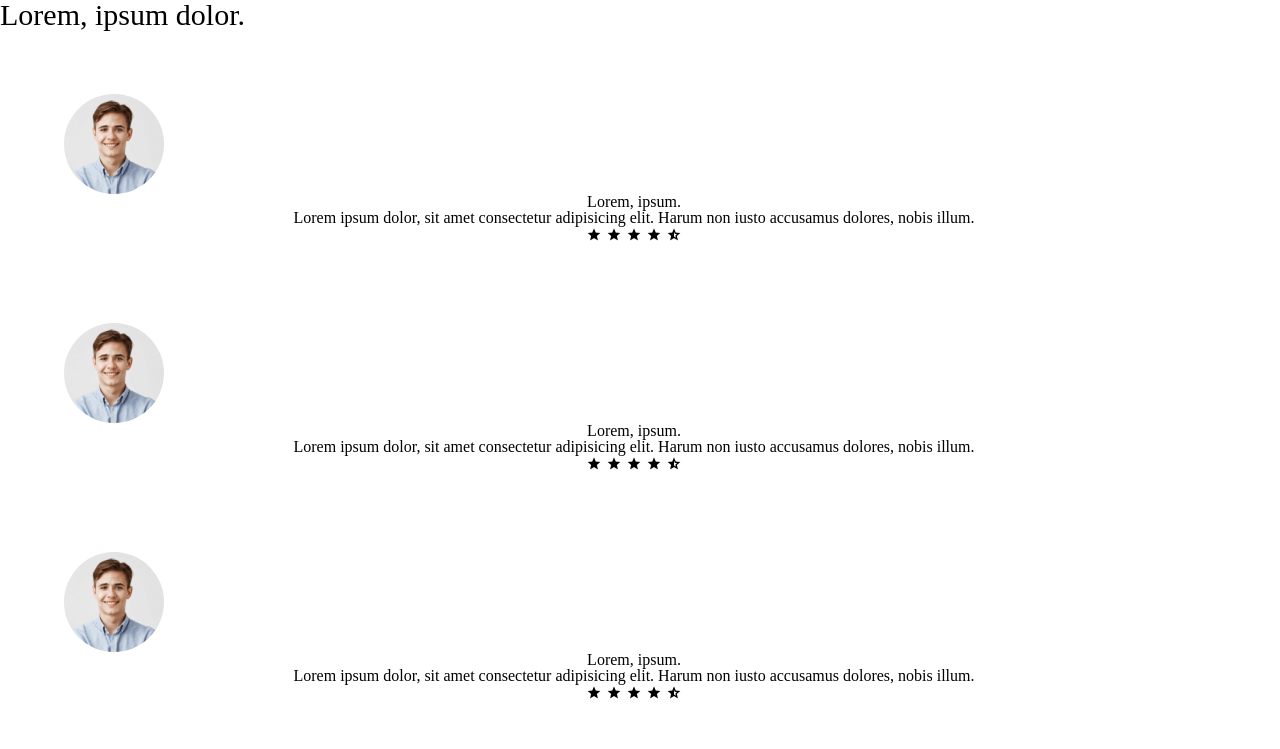
Repository: dinhhaidh/slider-3
Page: index.html
These files come from the project's save history. The page is drawn as it stood at one moment and after the next save; the edit follows.
The browser window is 1280 px wide. The pictures show the whole page.

Above is the page before, as saved 2024-03-22 21:53:12.

### index.html
<!DOCTYPE html>
<html lang="en">
<head>
    <meta charset="UTF-8">
    <meta name="viewport" content="width=device-width, initial-scale=1.0">
    <title>Document</title>
    <link rel="stylesheet" href="https://cdnjs.cloudflare.com/ajax/libs/remixicon/4.2.0/remixicon.min.css">

    <link rel="stylesheet" href="./css/swiper-bundle.min.css">

    <link rel="stylesheet" href="./css/style.css">

</head>
<body>
    <div class="new">
        <h3 class="new__title">
            Lorem, ipsum dolor.
        </h3>

        <div class="new__container container">
            <div class="new__swiper">
                <div>
                    <article class="new__card new__article">
                        <img src="./img1.png" alt="" class="new__img">
                        <h3 class="new__subtitle">
                            Lorem, ipsum.
                        </h3>
                        <p class="new__description">
                            Lorem ipsum dolor, sit amet consectetur adipisicing elit. Harum non iusto accusamus dolores, nobis illum.
                        </p>
                        <div class="new__stars">
                            <i class="ri-star-s-fill"></i>
                            <i class="ri-star-s-fill"></i>
                            <i class="ri-star-s-fill"></i>
                            <i class="ri-star-s-fill"></i>
                            <i class="ri-star-half-s-line"></i>
                        </div>
                    </article>

                    <article class="new__card new__article">
                        <img src="./img1.png" alt="" class="new__img">
                        <h3 class="new__subtitle">
                            Lorem, ipsum.
                        </h3>
                        <p class="new__description">
                            Lorem ipsum dolor, sit amet consectetur adipisicing elit. Harum non iusto accusamus dolores, nobis illum.
                        </p>
                        <div class="new__stars">
                            <i class="ri-star-s-fill"></i>
                            <i class="ri-star-s-fill"></i>
                            <i class="ri-star-s-fill"></i>
                            <i class="ri-star-s-fill"></i>
                            <i class="ri-star-half-s-line"></i>
                        </div>
                    </article>

                    <article class="new__card new__article">
                        <img src="./img1.png" alt="" class="new__img">
                        <h3 class="new__subtitle">
                            Lorem, ipsum.
                        </h3>
                        <p class="new__description">
                            Lorem ipsum dolor, sit amet consectetur adipisicing elit. Harum non iusto accusamus dolores, nobis illum.
                        </p>
                        <div class="new__stars">
                            <i class="ri-star-s-fill"></i>
                            <i class="ri-star-s-fill"></i>
                            <i class="ri-star-s-fill"></i>
                            <i class="ri-star-s-fill"></i>
                            <i class="ri-star-half-s-line"></i>
                        </div>
                    </article>
                </div>
            </div>
        </div>
    </div>

    <script src="./js/swiper-bundle.min.js"></script>
    <script src="./js/app.js"></script>
</body>
</html>

### css/style.css
*,
*:before,
*:after {
  box-sizing: border-box;
}
* {
  margin: 0;
  padding: 0;
  font: inherit;
}
img,
picture,
svg,
video {
  display: block;
  max-width: 100%;
}
input,
select,
textarea {
  background-color: transparent;
  outline: none;
}
button {
  cursor: pointer;
  background-color: transparent;
  outline: none;
  border: 0;
}
body {
  min-height: 100vh;
  font-weight: 400;
  font-size: 16px;
  line-height: 1;
}

.container{
  max-width: 1220px;
  Margin-inline: 1.5rem;
}


.new__title{
  font-size: 30px;
  margin-bottom: 2rem;
}

.new__card{
}
.new__article{
  padding: 2rem 2.5rem 3rem;
  text-align: center;
}
.new__img{
  width: 100px;
  border-radius: 50%;
}
.new__subtitle{

}
.new__description{

}
.new__stars{

}
.ri-star-s-fill{

}
.ri-star-half-s-line{

}

### js/app.js

let swiperCustomer = new Swiper('.customer__swiper', {
    loop: true,
    spaceBetween: 16,
    slidesPerView: 'auto',
    centeredSlides: true,


     // Navigation arrows
    navigation: {
        nextEl: '.swiper-button-next',
        prevEl: '.swiper-button-prev',
    },

    breakpoints: {
        1150: {
            slidesPerView: 3,
            centeredSlides: false,
        }
    }
});

Loaded but not shown: css/swiper-bundle.min.css (library); js/swiper-bundle.min.js (library)

After the next save:
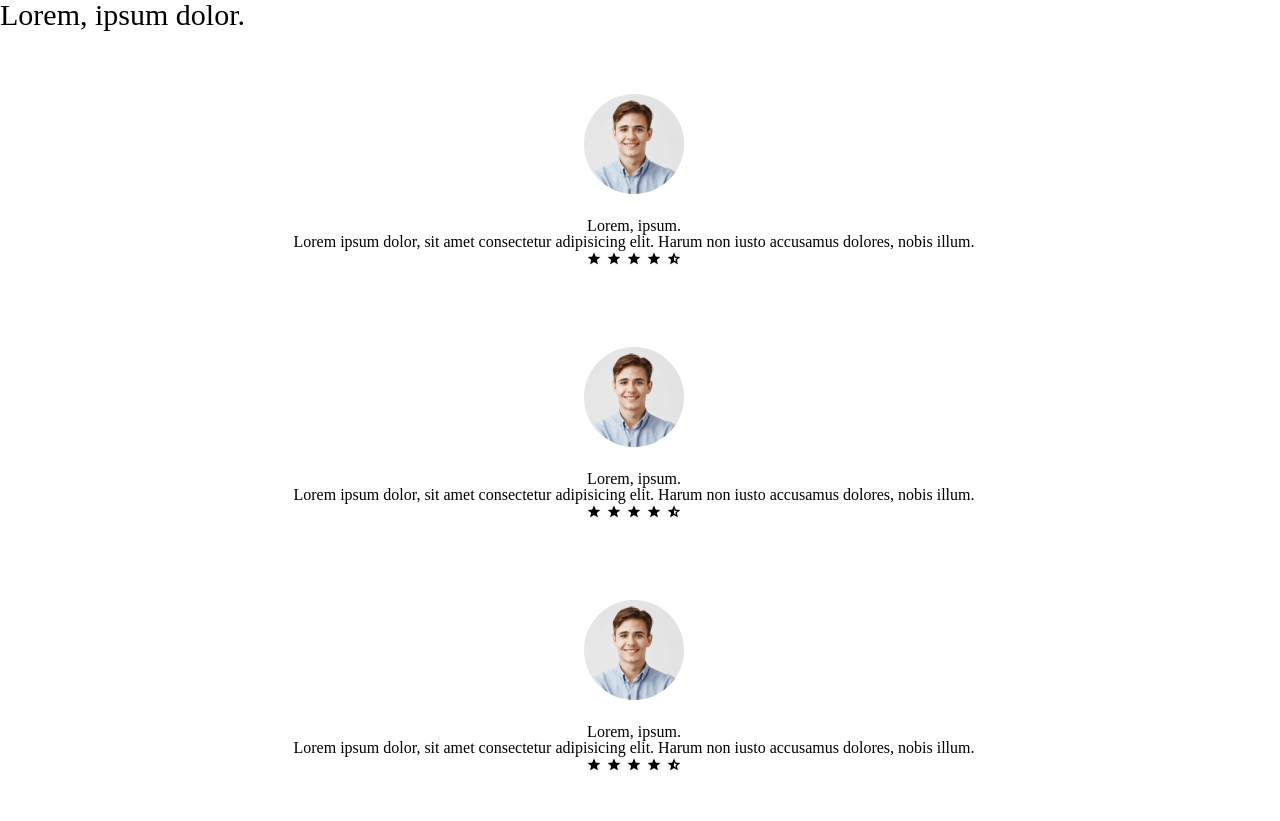
Saved 8 s later.
--- a/css/style.css
+++ b/css/style.css
@@ -54,6 +54,7 @@ body {
 .new__img{
   width: 100px;
   border-radius: 50%;
+  margin: 0 auto 1.5rem;
 }
 .new__subtitle{
 
